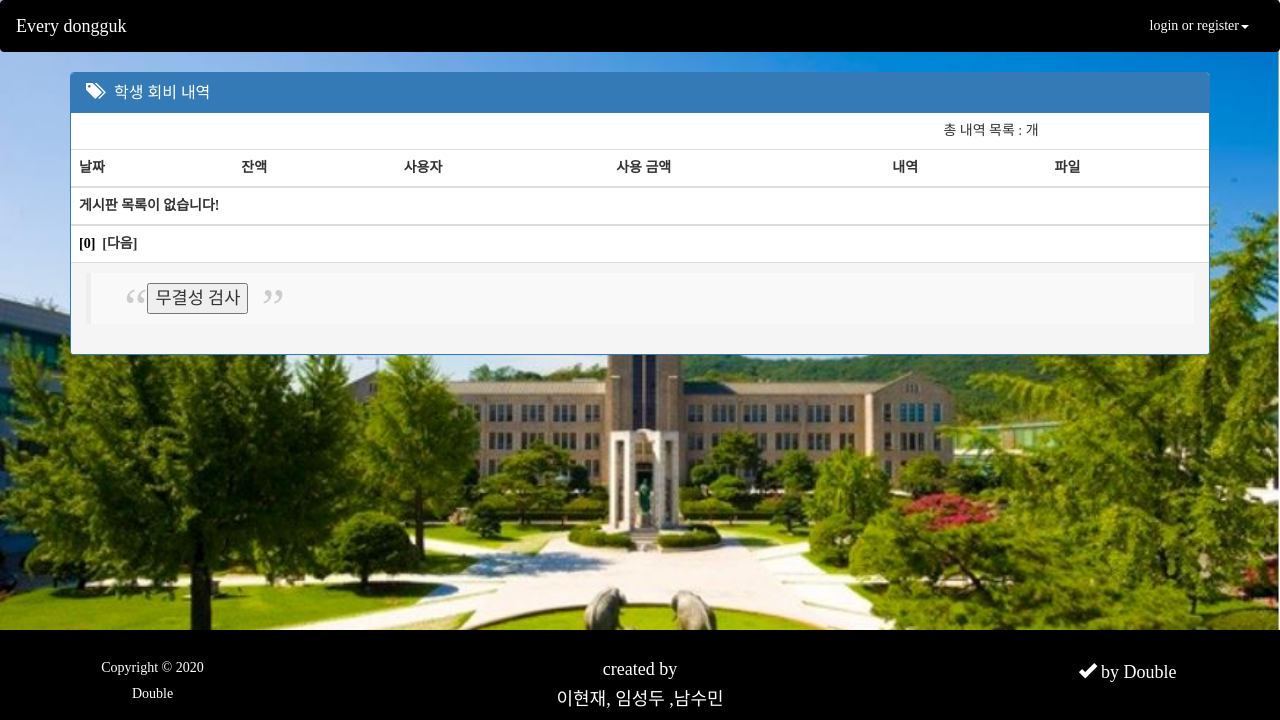
Repository: CSID-DGU/2020-1-ESCD-DOUBLE
Page: http://localhost/web/WEB-INF/views/bank/blistall.jsp
An editor plug-in stored every save of this project. The page is shown before and after the next save, followed by the edit.
The browser window is 1280 px wide. The pictures show the whole page.
Some web fonts or font styles are not loaded; a fallback is used. Some web libraries are served in a nearby version. The page is served by Tomcat 9. Nobody is signed in. The template is opened directly, without the code that normally fills it, so the values that code supplies are empty.

Above is the page before, as saved 2020-05-22 15:26:20.

After the next save:
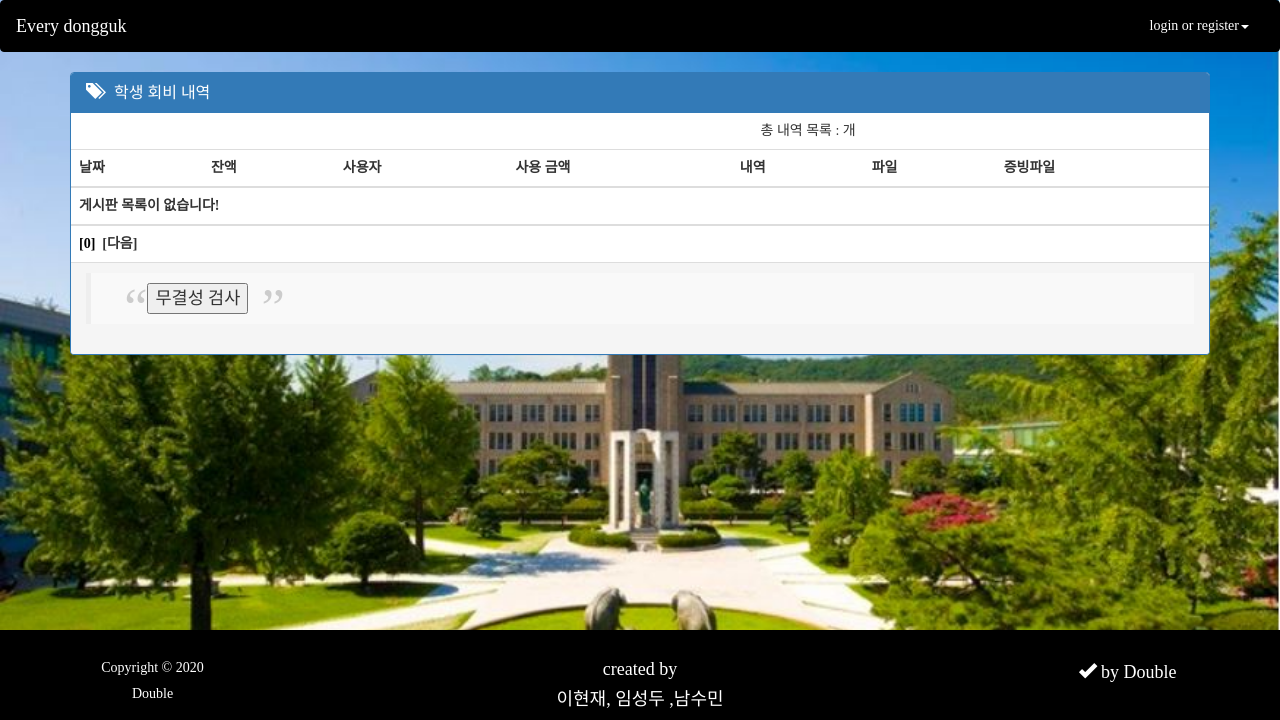
Saved 57 s later.
--- a/web/src/main/webapp/WEB-INF/views/bank/blistall.jsp
+++ b/web/src/main/webapp/WEB-INF/views/bank/blistall.jsp
@@ -63,7 +63,7 @@ vertical-align:-0.4em;
   				<td colspan="5" align="right"> 총 내역 목록 : <b>${totalCount }</b>개
   			</tr>
 			<tr>
-			<th>날짜</th>	<th>잔액</th>	<th>사용자</th>	<th>사용 금액</th><th>내역</th><th>파일</th>
+			<th>날짜</th>	<th>잔액</th>	<th>사용자</th>	<th>사용 금액</th><th>내역</th><th>파일</th><th>증빙파일</th>
 			</tr>
 			</thead>
 			<tbody>
